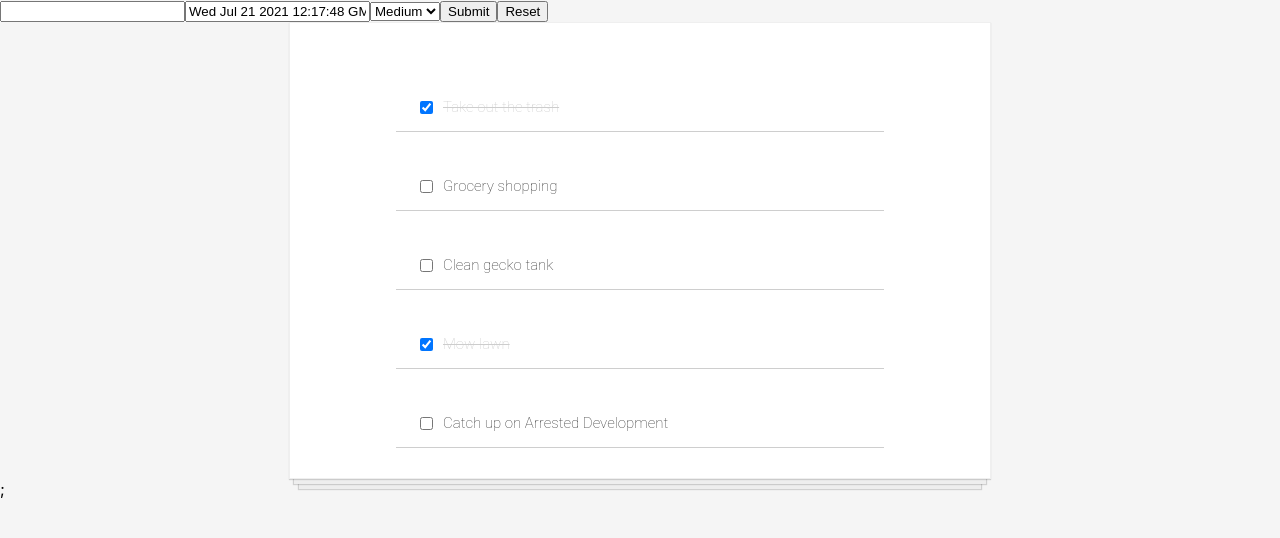
Repository: 0101chaitanya/react-todo
Page: /
An editor plug-in stored every save of this project. The page is shown before and after the next save, followed by the edit.
The browser window is 1280 px wide. The pictures show the whole page.
The project was rebuilt for these pictures with package versions that can differ from the ones it lists, and the page was loaded fresh each time.

Above is the page before, as saved 2021-07-22 23:37:37.

After the next save:
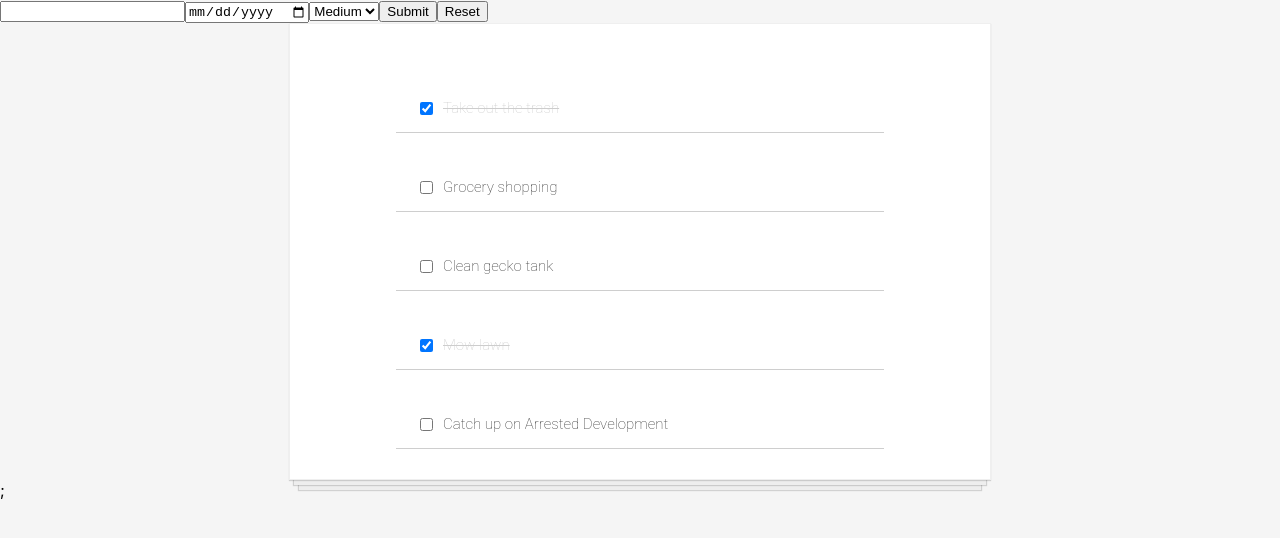
Saved 64 s later.
--- a/src/components/InputForm.js
+++ b/src/components/InputForm.js
@@ -30,7 +30,7 @@ class InputForm extends React.Component {
           onChange={this.handleChange}
           value={this.state.date}
           name="date"
-          type="datetime"
+          type="date"
         />
         <select
           onChange={this.handleChange}
